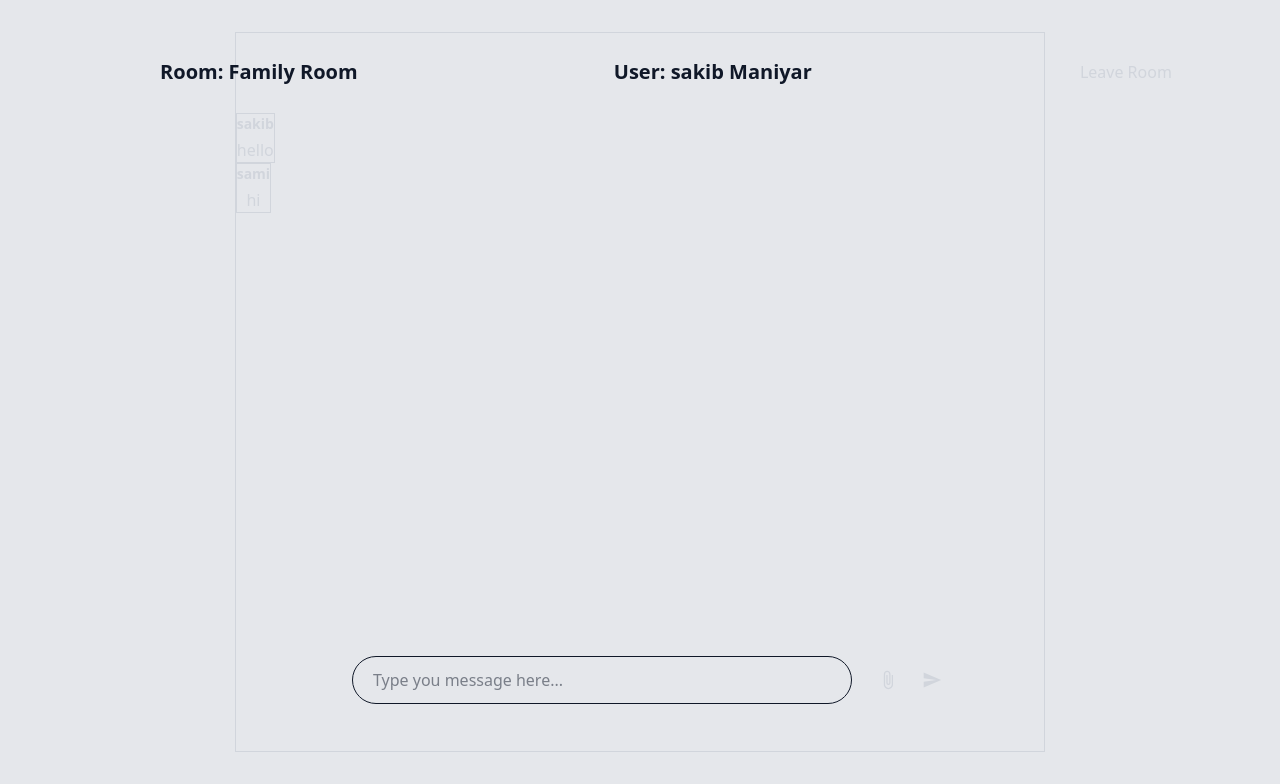
Repository: Saquib45/ChatApplication
Page: /chat (app in front-chat/)
The author's editor kept a copy of each file at every save. The page is drawn from the files as they stood at one save, then again after a run of saves.
The browser window is 1280 px wide. The pictures show the whole page.
The project was rebuilt for these pictures with package versions that can differ from the ones it lists, and the page was loaded fresh each time. Also part of the build but not shown: front-chat/vite.config.js, front-chat/src/components/JoinCreateChat.jsx, front-chat/src/App.jsx.

Above is the page before, as saved 2025-04-12 21:59:48.

### front-chat/index.html
<!doctype html>
<html lang="en" class="dark">
  <head>
    <meta charset="UTF-8" />
    <link rel="icon" type="image/svg+xml" href="/vite.svg" />
    <meta name="viewport" content="width=device-width, initial-scale=1.0" />
    <title>Room Chat App</title>
  </head>
  <body class="h-screen bg-gray-200 text-gray-900 dark:bg-gray-950 dark:text-gray-400">
    <div id="root"></div>
    <script type="module" src="/src/main.jsx"></script>
  </body>
</html>

### front-chat/src/main.jsx
import { StrictMode } from 'react'
import { createRoot } from 'react-dom/client'
import './index.css'
import { BrowserRouter} from 'react-router'
import AppRoutes from "./config/routes.jsx"
import { Toaster } from 'react-hot-toast'

createRoot(document.getElementById('root')).render(
  <StrictMode>
    <BrowserRouter>
      <Toaster/>
      <AppRoutes/>
    </BrowserRouter>
  </StrictMode>,
)

### front-chat/src/config/routes.jsx

import React from "react";
import { Routes,Route } from "react-router";
import App from "../App.jsx";
import ChatPage from "../components/ChatPage.jsx";
const AppRoutes = () => {
  return (
    <Routes>
        <Route path="/" element={<App />} />
        <Route path="/chat" element={<ChatPage/>} />
        <Route path="/about" element={<h1>This is about page</h1>} />
        <Route path="*" element={<h1>404 Not Found</h1>} />

      </Routes>
  );
}
export default AppRoutes;

### front-chat/src/components/ChatPage.jsx
import React from "react";
import {MdAttachFile, MdSend} from "react-icons/md";
import { useState ,useRef } from "react";

function ChatPage() {

    const [messages,setMessages]=useState([{content:"hello",sender:"sakib"},{content:"hi",sender:"sami"} ]);
    const [input,setInput]=useState("");
    const inputRef=useRef(null);
    const chatBoxRef=useRef(null);
    const [stompClient,setStompClient]=useState(null);
    const [roomId,setRoomId]=useState("");


    return(
        <div className="">
            {/* Header of the page */}
            <header className=" dark:border-gray-700 fixed w-full dark:bg-gray-900 py-5 flex justify-around items-center">

                {/* room name container */}
                <div>
                    <h1 className="text-xl font-semibold">Room: <span>Family Room</span></h1>
                </div>

                {/* username container */}
                <div>
                    <h1 className="text-xl font-semibold">
                        User: <span>sakib Maniyar</span>
                    </h1>
                </div>

                {/* button: leave room container */}
                <div>
                    <button className="dark:bg-red-500 hover:dark:bg-red-700 px-3 py-2 rounded-full text-gray-300">Leave Room</button>
                </div>
            </header>

            {/* chat container */}
            <main className="py-20 border w-2/3 dark:bg-slate-600 text-gray-300  mx-auto h-screen overflow-auto">
                {
                    messages.map((message,index)=>(
                        <div key={index} >
                            <div className="flex flex-row">

                                <div className="border flex flex-col gap-1">
                                    <p className="text-sm font-bold">{message.sender}</p>
                                    <p>{message.content}</p>
                                </div>

                            </div>
                        </div>
                    ))
                }
            </main>


            {/* input message container */}
            <div className="fixed bottom-4 w-full h-12">
                <div className="h-full gap-4 pr-10 flex items-center justify-between  dark:border-gray-600 dark:bg-gray-900 rounded-full w-1/2 mx-auto">

                    <input type="text" placeholder="Type you message here..."

                        className="dark:border-gray-600  w-full border dark:bg-gray-800 rounded-full px-5 py-2 h-full  focus:outline-none"

                    />

                    <div className="flex gap-1">
                    <button className="dark:bg-purple-600  text-gray-300 h-10 w-10 flex justify-center items-center hover:dark:bg-purple-700 rounded-full">
                        <MdAttachFile size={20}/>
                    </button>
                    <button className="dark:bg-green-700  text-gray-300 h-10 w-10 flex justify-center items-center hover:dark:bg-green-800 rounded-full">
                        <MdSend size={20}/>
                    </button>
                    </div>
                </div>
            </div>
        </div>
    )
}

export default ChatPage;

Loaded but not shown: front-chat/src/index.css (common file); front-chat/src/App.css (common file)

After the next 2 saves:
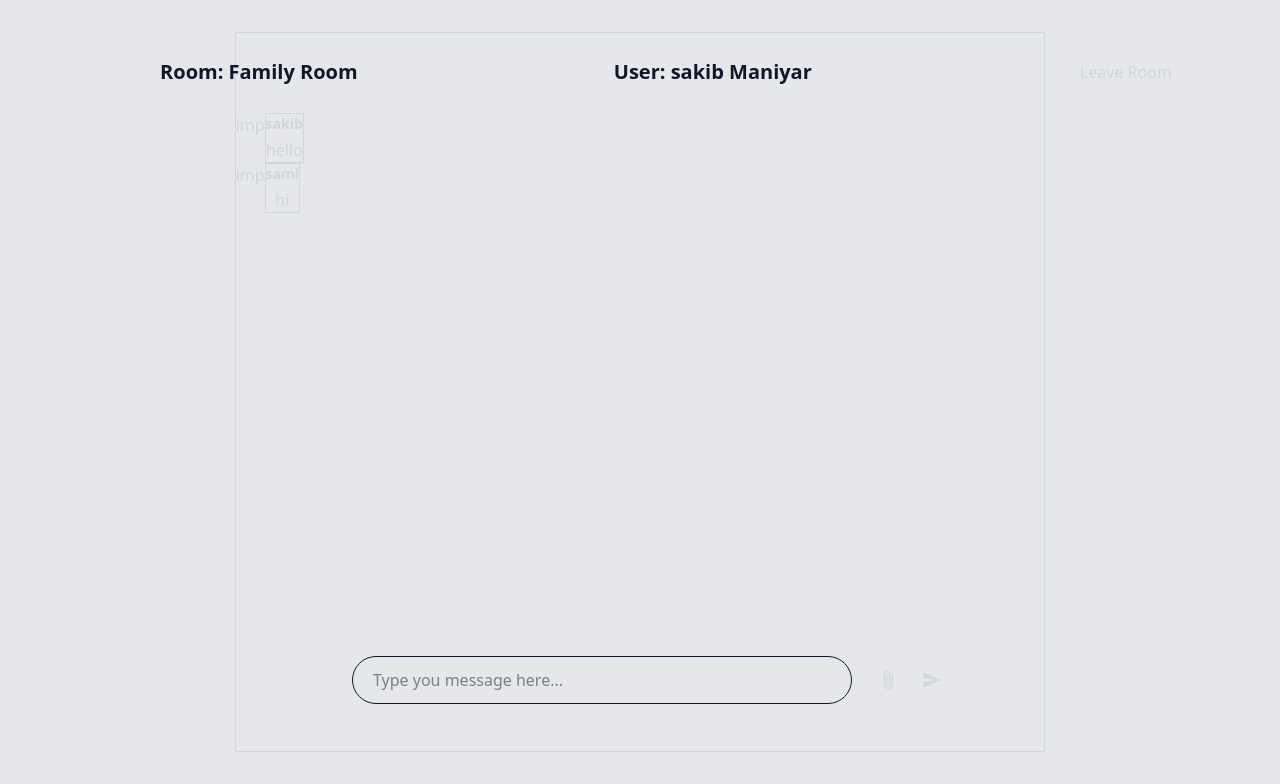
The 2 saves are shown as one change because they came seconds apart.
The last was saved 5 s later.
--- a/front-chat/src/components/ChatPage.jsx
+++ b/front-chat/src/components/ChatPage.jsx
@@ -41,7 +41,7 @@
                     messages.map((message,index)=>(
                         <div key={index} >
                             <div className="flex flex-row">
-
+                                imp
                                 <div className="border flex flex-col gap-1">
                                     <p className="text-sm font-bold">{message.sender}</p>
                                     <p>{message.content}</p>

After the save that followed:
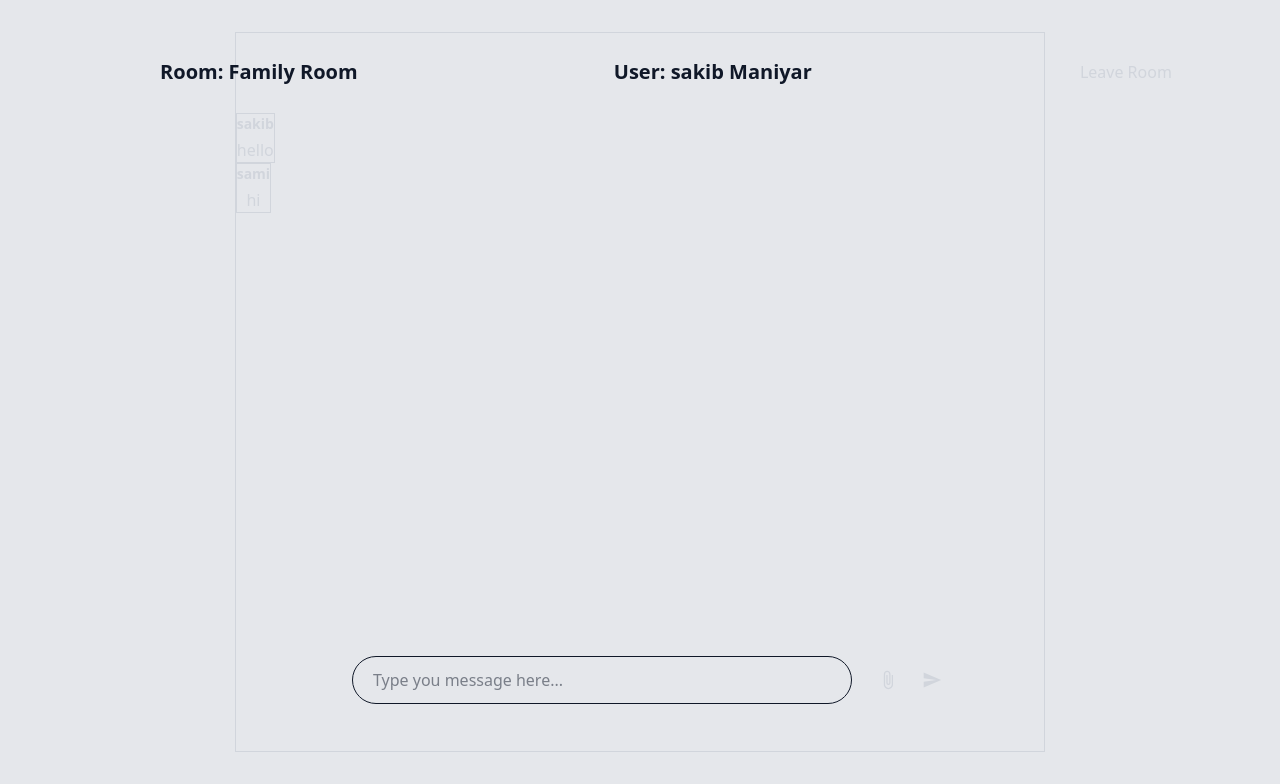
Saved 4 s later.
--- a/front-chat/src/components/ChatPage.jsx
+++ b/front-chat/src/components/ChatPage.jsx
@@ -41,7 +41,7 @@
                     messages.map((message,index)=>(
                         <div key={index} >
                             <div className="flex flex-row">
-                                imp
+                                <img src="" alt="" />
                                 <div className="border flex flex-col gap-1">
                                     <p className="text-sm font-bold">{message.sender}</p>
                                     <p>{message.content}</p>
